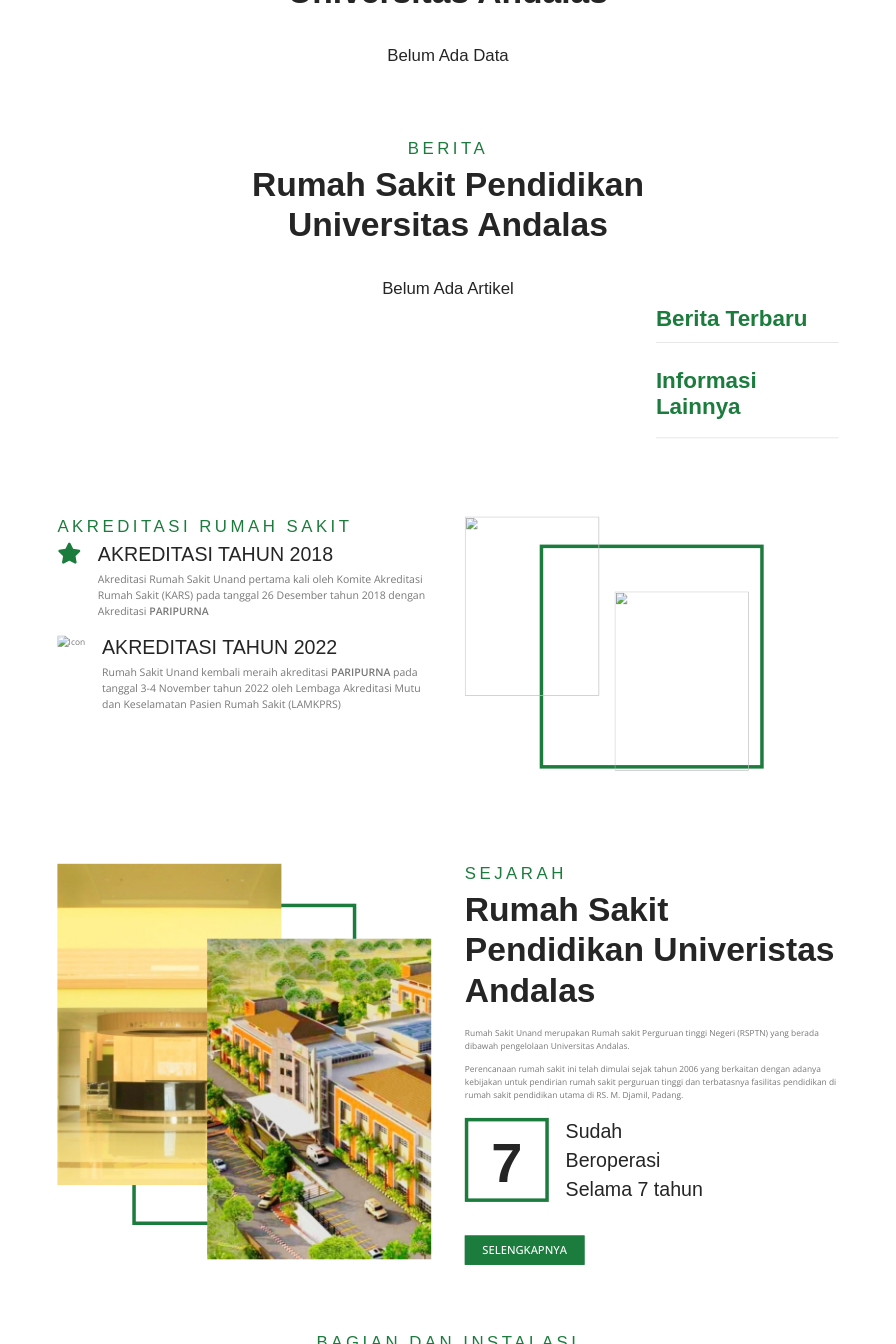
Repository: vivin-erialis/rsunand-site
Page: http://localhost/
These files come from the project's save history. The page is drawn as it stood at one moment and after a run of saves; the edit follows.
The browser window is 1280 px wide. The pictures show the part of the page from y = 360 to 2280 px (the page is 3111 px tall), at 70% of full size.
Some web fonts or font styles are not loaded; a fallback is used. Some web libraries are served in a nearby version. The page is served by the project's Laravel application, run on PHP 8.4 with Laravel 12. Queries for data that is not in the repository find no rows.

Above is the page before, as saved 2024-06-10 08:22:08.
Console error: TypeError: Cannot read properties of undefined (reading 'version')

After the next 2 saves:
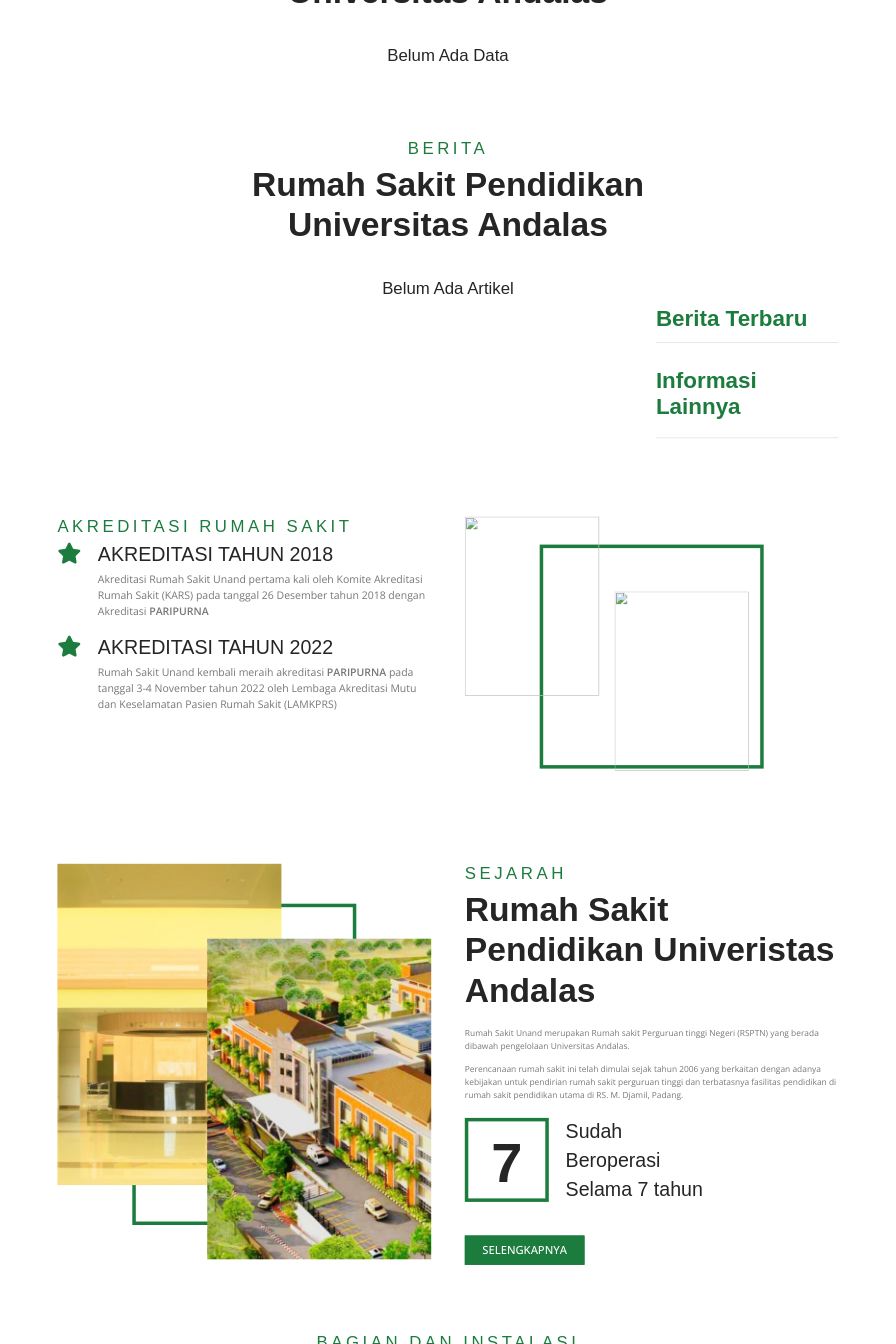
The 2 saves are shown as one change because they came seconds apart.
The last was saved 18 s later.
--- a/resources/views/Frontend/home.blade.php
+++ b/resources/views/Frontend/home.blade.php
@@ -268,12 +268,11 @@
                         <div class="col-12">
                             <div class="d-flex align-items-start">
                                 <i class="fa fa-star flex-shrink-0" style="color: #1C7C3D; font-size:30px">
-
                                 </i>
-                                {{-- <img class="flex-shrink-0" src="img/icons/icon-2.png" alt="Icon"> --}}
                                 <div class="ms-4">
                                     <h3>AKREDITASI TAHUN 2018</h3>
-                                    <p class="mb-0" style="font-size: 15px">Akreditasi Rumah Sakit Unand pertama kali oleh Komite Akreditasi
+                                    <p class="mb-0" style="font-size: 15px">Akreditasi Rumah Sakit Unand pertama kali
+                                        oleh Komite Akreditasi
                                         Rumah Sakit (KARS) pada tanggal 26 Desember tahun 2018 dengan Akreditasi
                                         <strong>PARIPURNA</strong>
                                     </p>
@@ -282,12 +281,14 @@
                         </div>
                         <div class="col-12">
                             <div class="d-flex align-items-start">
-                                <img class="flex-shrink-0" src="img/icons/icon-4.png" alt="Icon">
+                                <i class="fa fa-star flex-shrink-0" style="color: #1C7C3D; font-size:30px">
+                                </i>
                                 <div class="ms-4">
                                     <h3>AKREDITASI TAHUN 2022</h3>
                                     <p class="mb-0" style="font-size: 15px">Rumah Sakit Unand kembali meraih akreditasi
                                         <strong>PARIPURNA</strong> pada tanggal 3-4 November tahun 2022 oleh Lembaga
-                                        Akreditasi Mutu dan Keselamatan Pasien Rumah Sakit (LAMKPRS) </p>
+                                        Akreditasi Mutu dan Keselamatan Pasien Rumah Sakit (LAMKPRS)
+                                    </p>
                                 </div>
                             </div>
                         </div>
